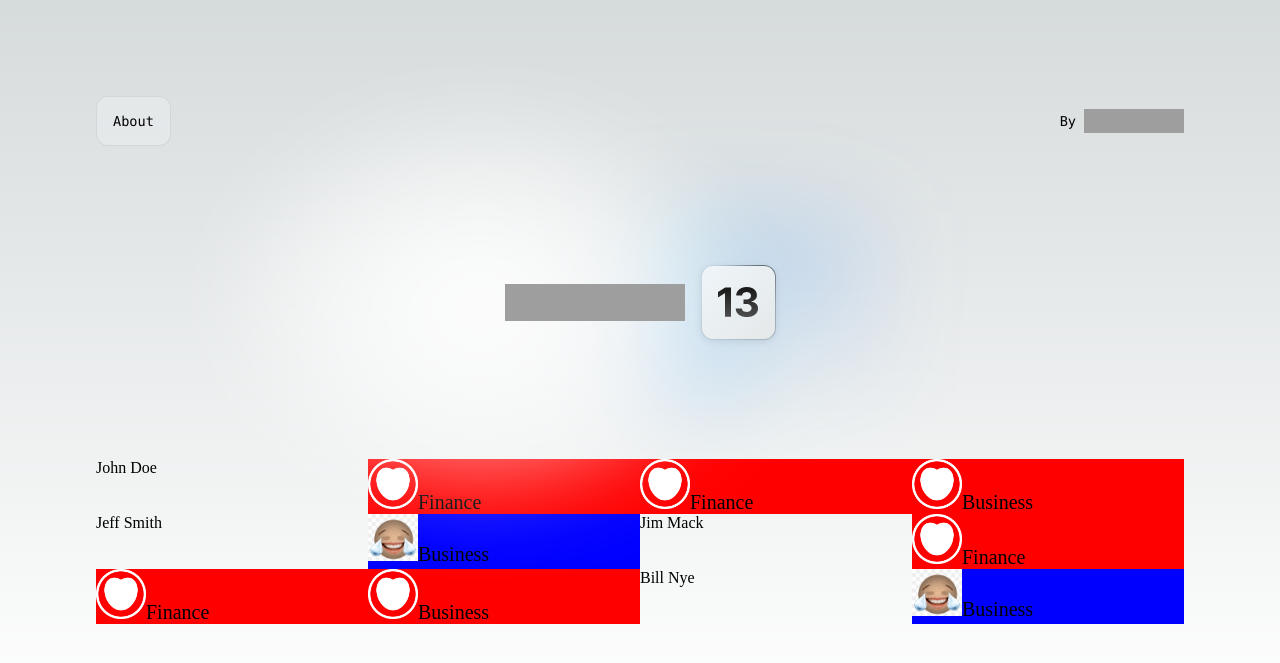
Repository: karthur1/class-example-3
Page: /
An editor plug-in stored every save of this project. The page is shown before and after the next save, followed by the edit.
The browser window is 1280 px wide. The pictures show the whole page.
Pictures or frames that could not be fetched are drawn as grey boxes. The project was rebuilt for these pictures with package versions that can differ from the ones it lists, and the page was loaded fresh each time. The framework's server and built-in components were replaced by stand-ins that run in the browser. Also part of the build but not shown: next.config.js.

Above is the page before, as saved 2023-01-20 23:49:58.

After the next save:
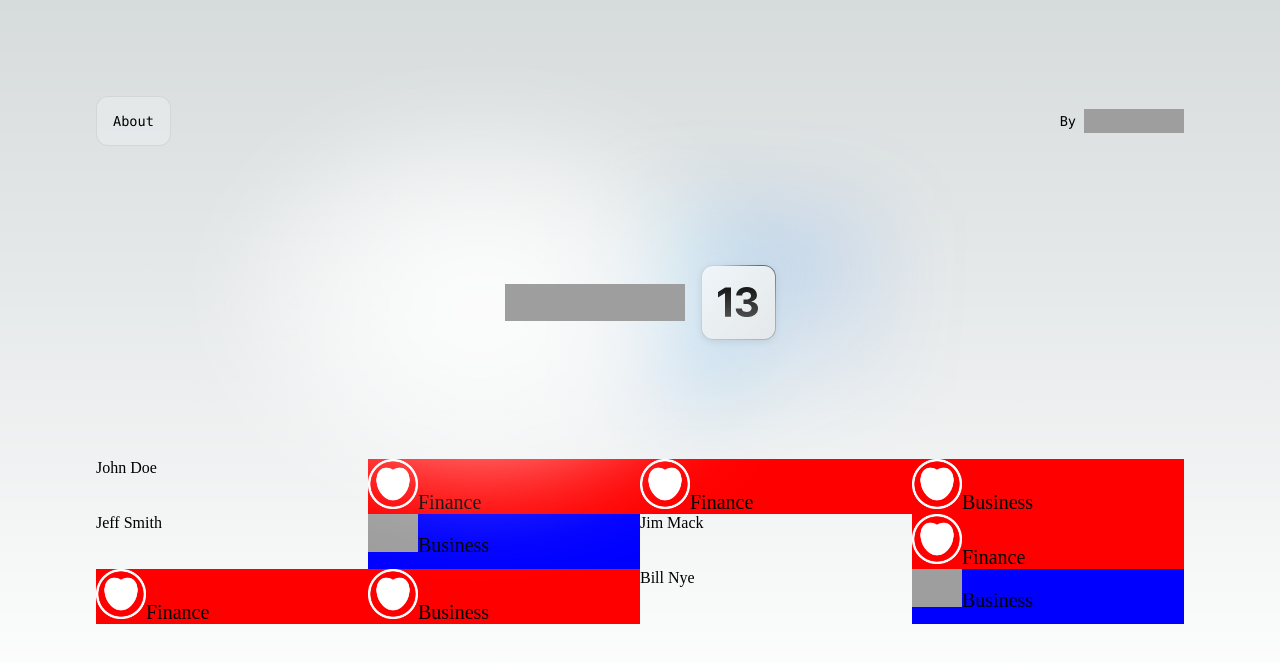
Saved 3 min 43 s later.
--- a/components/Card/index.js
+++ b/components/Card/index.js
@@ -8,7 +8,7 @@
         <div style={{backgroundColor: colour, fontSize:font}}>
                 {
                     colour === "red" ? <img src={'icons/icon2.png'} width="50"/>:
-                    colour === "blue" ? <img src={'icons/icon3.jpg'} width="50"/>:
+                    colour === "beige" ? <img src={'icons/icon3.jpg'} width="50"/>:
                                         <img src={images} width="50"/>
                 }
                 {degree}
